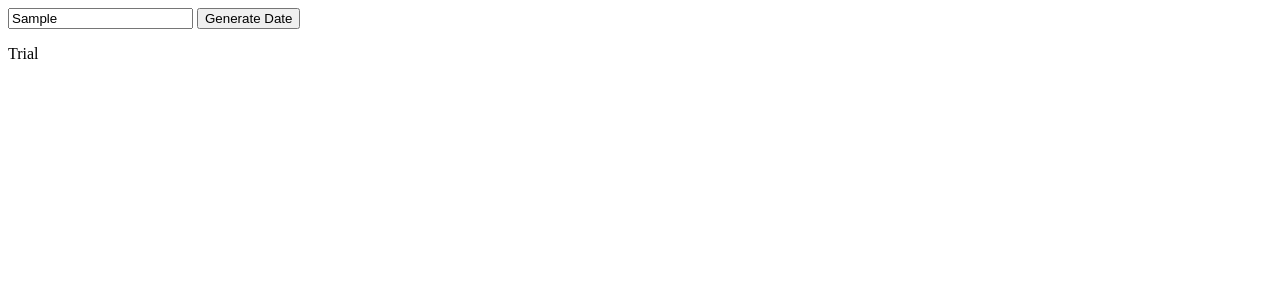
Repository: jfjadloc/jfjadloc.github.io
Page: Timestamp/index.html
An editor plug-in stored every save of this project. The page is shown before and after the next save, followed by the edit.
The browser window is 1280 px wide. The pictures show the whole page.
Empty fields were first filled with sample values (such as "Sample", 5 or name@example.com).
After loading, the first visible `#myBtn` was clicked once.

Above is the page before, as saved 2022-02-27 20:57:04.

After the next save:
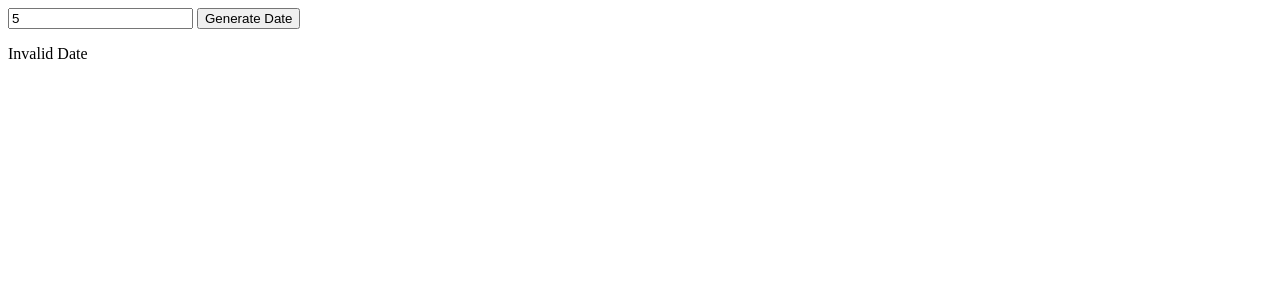
Saved 8 s later.
--- a/Timestamp/index.html
+++ b/Timestamp/index.html
@@ -7,16 +7,17 @@
     <title>Time Stamp Generator</title>
 </head>
 <body>
-    <input type="text" name="date_input" id="date_input">
+    <input type="number" name="date_input" id="date_input">
     <button id="myBtn" onclick="displayDate()">Generate Date</button>
 
     <p id="answer"></p>
 </body>
 
 <script>
+
     function displayDate() {
-        var ST = document.getElementById("date_input").innerText;
-        document.getElementById("answer").innerHTML = "Trial";
+        var ST = document.getElementById("date_input").innerHTML;
+        document.getElementById("answer").innerHTML = new Date(document.getElementById("date_input").innerHTML);
     }
 </script>
 
